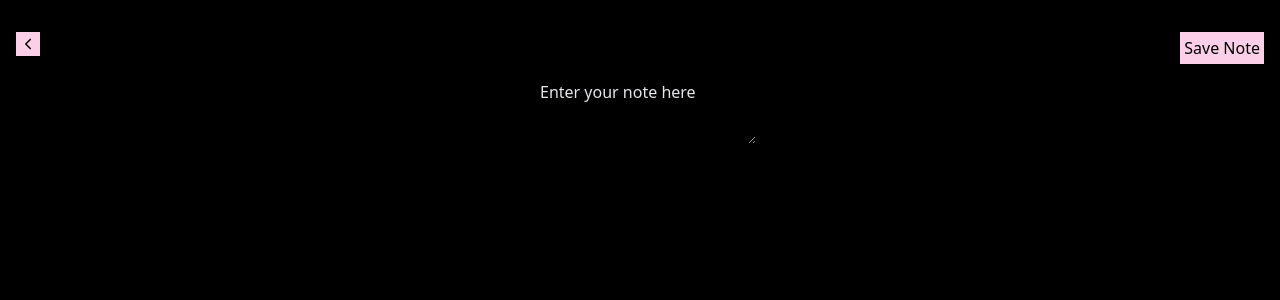
Repository: TMuse333/works-software-assessment
Page: /
An editor plug-in stored every save of this project. The page is shown before and after the next save, followed by the edit.
The browser window is 1280 px wide. The pictures show the whole page.
The project was rebuilt for these pictures with package versions that can differ from the ones it lists, and the page was loaded fresh each time. Also part of the build but not shown: vite.config.js.

Above is the page before, as saved 2024-04-02 17:16:29.

After the next save:
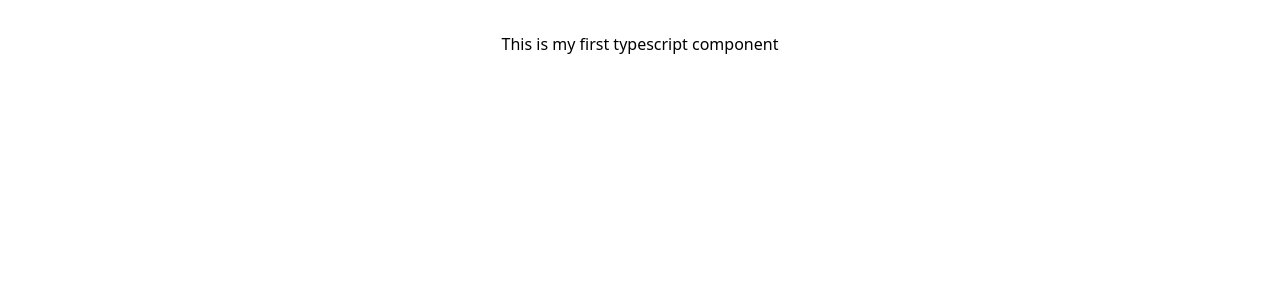
Saved 6 s later.
--- a/src/App.jsx
+++ b/src/App.jsx
@@ -11,7 +11,7 @@
   return (
     <>
     <Navbar/>
-  <Note/>
+  {/* <Note/> */}
     </>
   )
 }

After the save that followed:
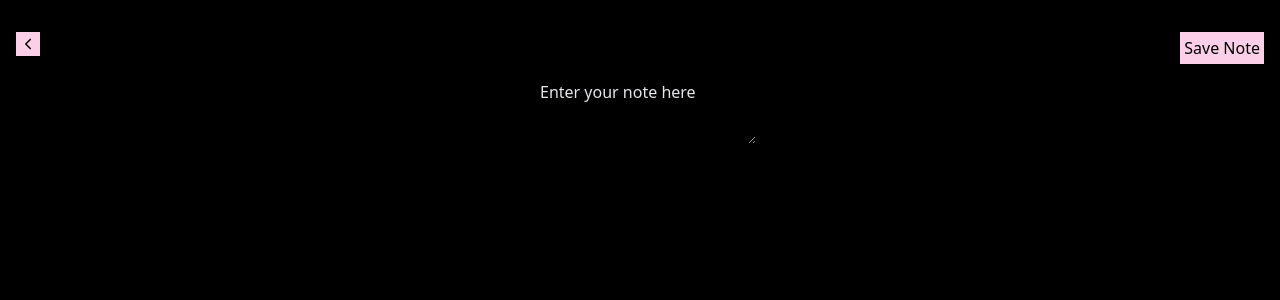
Saved 6 s later.
--- a/src/App.jsx
+++ b/src/App.jsx
@@ -11,7 +11,7 @@
   return (
     <>
     <Navbar/>
-  {/* <Note/> */}
+  <Note/>
     </>
   )
 }
